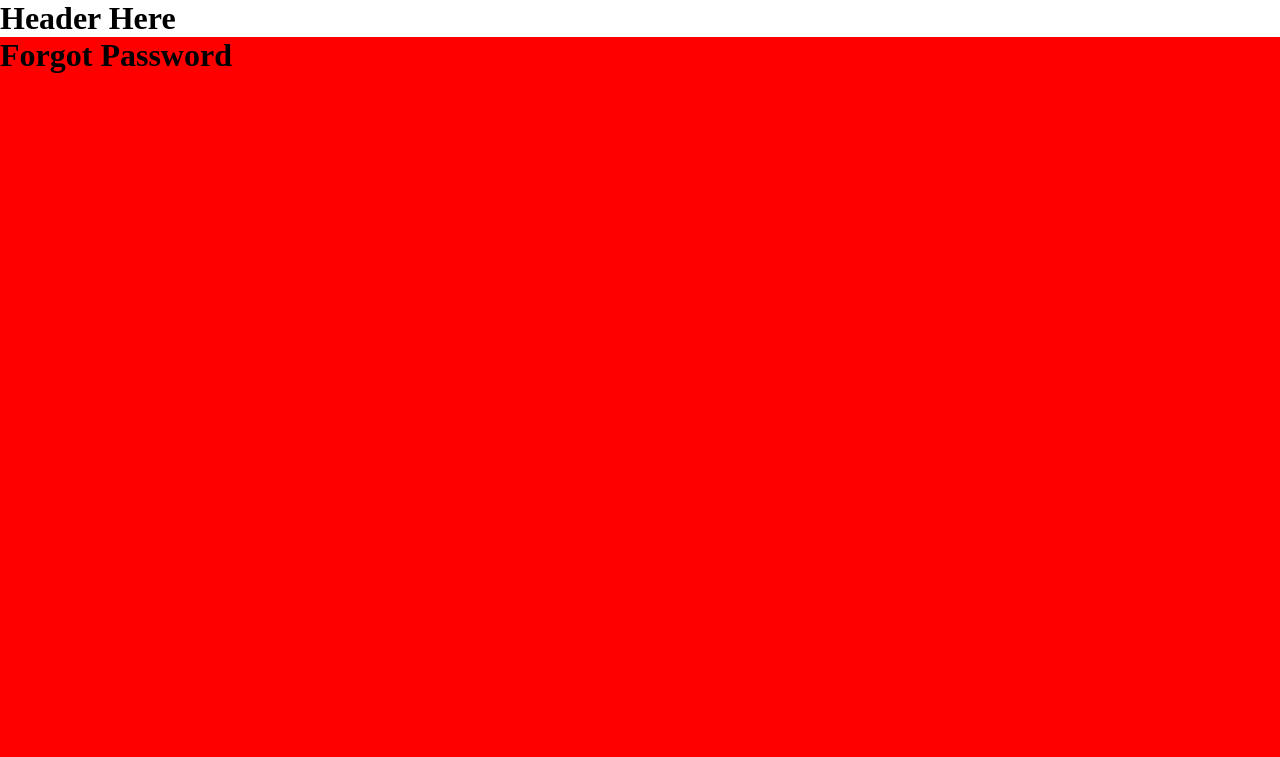
Repository: abhinit2050/facebook-clone
Page: /login/forgot
The author's editor kept a copy of each file at every save. The page is drawn from the files as they stood at one save, then again after the next save.
The browser window is 1280 px wide. The pictures show the whole page.
The project was rebuilt for these pictures with package versions that can differ from the ones it lists, and the page was loaded fresh each time. The framework's server and built-in components were replaced by stand-ins that run in the browser. Also part of the build but not shown: next.config.js.

Above is the page before, as saved 2023-03-09 17:03:12.

### app/layout.tsx
import '../src/styles/reset.scss'

export const metadata = {
  title: 'Facebook-clone',
  description: 'A facebook clone',
}

export default function RootLayout({
  children,
}: {
  children: React.ReactNode
}) {
  return (
    <html lang="en">
      <body>{children}</body>
    </html>
  )
}

### app/login/layout.tsx

export const metadata = {
  title: 'Facebook-clone | Login page',
  description: 'Sign in into your account ',
}

export default function LoginLayout({
  children,
}: {
  children: React.ReactNode
}) {
  return (
    <html lang="en">
      <body>{children}</body>
    </html>
  )
}

### app/login/forgot/layout.tsx
import ForgotHeader from './components/Header'

export const metadata = {
    title: 'Facebook-clone |Login Page ? ForgotPassword',
    description: 'forgot Password  ',
  }

  export default function forgotPasswordLayout({
    children,
  }: {
    children: React.ReactNode
  }) {
    return (
      <html lang="en">
        <ForgotHeader />
        <body>{children}</body>
      </html>
    )
  }

### app/login/forgot/page.tsx
import React from 'react'
import './Forgot.scss'

export default function page() {
  return (
    <>
     <div className="forgotPassword">
        <h1>Forgot Password</h1>
    </div>
    </>
  )
}

### src/styles/reset.scss
// Reset  stylesheets

* {
  box-sizing: border-box;
  padding: 0;
  margin: 0;
}

html,
body {
  max-width: 100vw;
  overflow-x: hidden;


  a {
    color: inherit;
    text-decoration: none;
  }


  @media (prefers-color-scheme: dark) {
    html {
      color-scheme: dark;
    }
  }

}

### app/login/forgot/components/Header.tsx
import React from 'react'

export default function ForgotHeader() {
  return (
    <>
     <header className=" forgotHeader">
        <h1>Header Here</h1>
    </header>
    </>
  )
}

### app/login/forgot/Forgot.scss
.forgotPassword{
    height:  100vh;
    background-color: red;
}

After the next save:
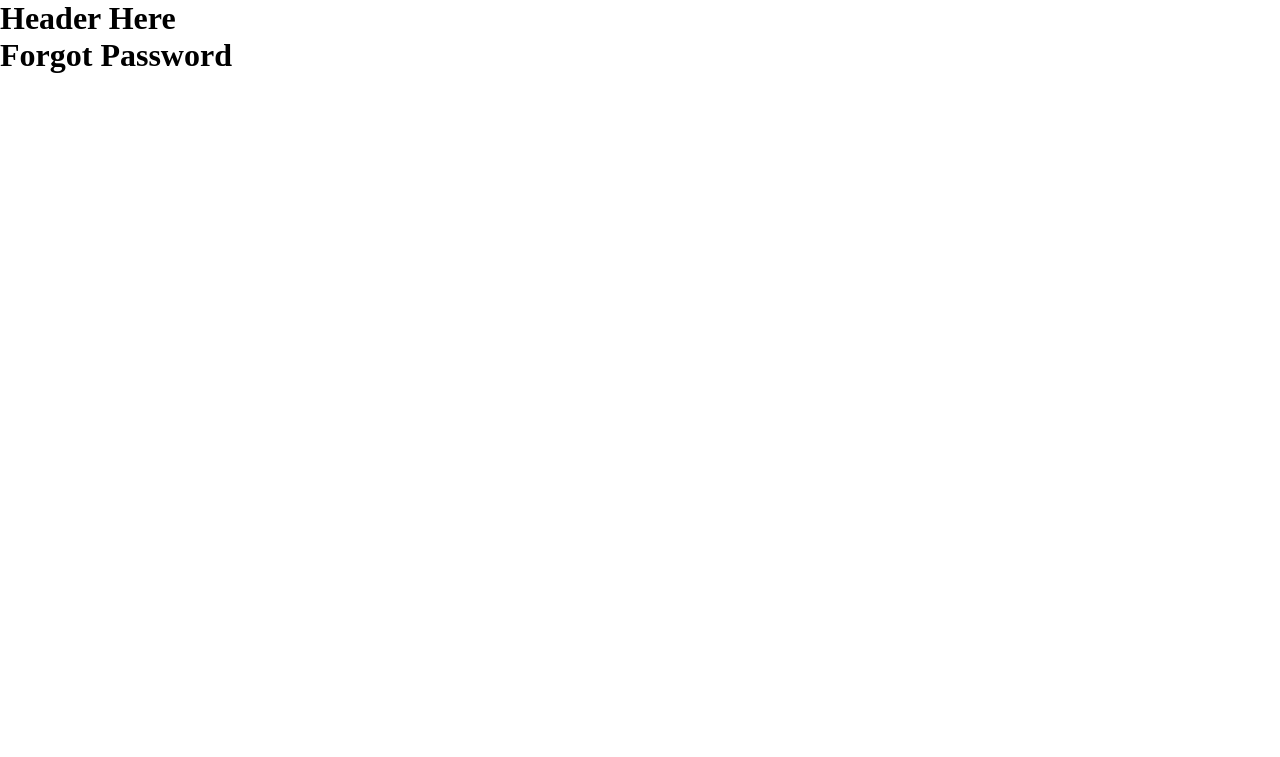
Saved 116 s later.
--- a/app/login/forgot/Forgot.scss
+++ b/app/login/forgot/Forgot.scss
@@ -1,4 +1,4 @@
 .forgotPassword{
     height:  100vh;
-    background-color: red;
+    // background-color: red;
 }
